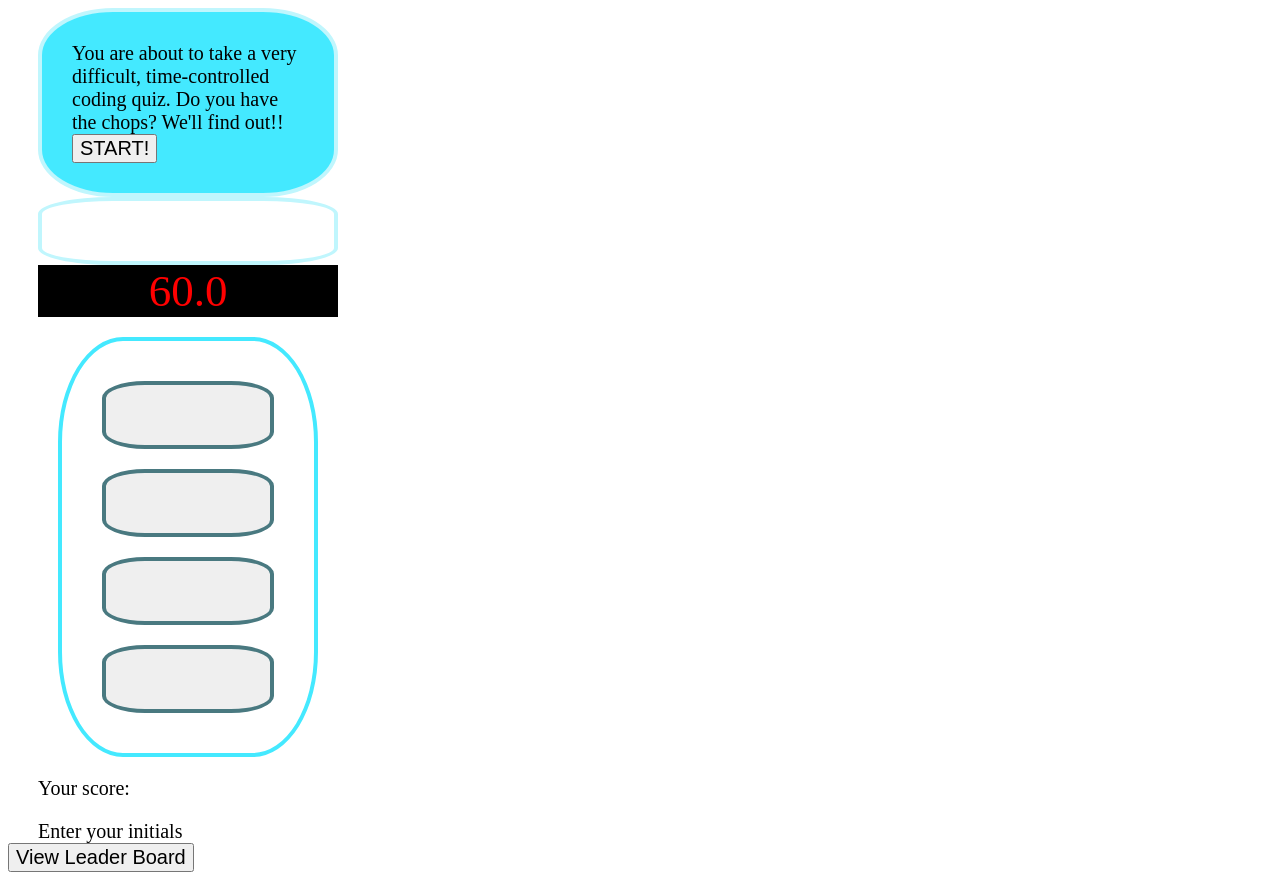
Repository: stuart-rickard/coding-quiz
Page: index.html
The author's editor kept a copy of each file at every save. The page is drawn from the files as they stood at one save, then again after the next save.
The browser window is 1280 px wide. The pictures show the whole page.

Above is the page before, as saved 2021-11-23 05:56:25.

### index.html
<!DOCTYPE html>
<html lang="en">

<head>
  <meta charset="UTF-8">
  <meta name="viewport" content="width=device-width, initial-scale=1.0">
  <meta http-equiv="X-UA-Compatible" content="ie=edge">
  <title>Coding Quiz</title>
  <link rel="stylesheet" href="./assets/css/style.css">
</head>

<body>
  <main>
    <div class="start" id="intro">
      You are about to take a very difficult, time-controlled coding quiz.  Do you have the chops?  We'll find out!!
      <button id="starter-button">START!</button>
    </div>
    <div class="div-question-answerform">
      <div class="question">

      </div>
      <div id="timer">
        60.0
      </div>
      <form class="answer-form">
        <button class="answer-button" id="#answer-a"></button>
        <button class="answer-button" id="#answer-b"></button>
        <button class="answer-button" id="#answer-c"></button>
        <button class="answer-button" id="#answer-d"></button>
      </form>
    </div>
    <div class="test-done">
      <p>Your score:</p>
    </div>
    <div class="leaderboard-list">

    </div>
    <form>
      Enter your initials
    </form>
    </main>
  <footer>
    <button class="leaderboard-button">View Leader Board</button>
  </footer>

  <script src="./assets/js/script.js"></script>
</body>


</html>

### assets/css/style.css
:root {
  --primary: #44e9ff;
  --secondary: #497980;
  --tertiary: rgb(192, 246, 253);
  --grey: #333;


  --regular-line-width: 4px;

  --border-radius-regular: 25%;
}

* {
    box-sizing: border-box;
    font-size: 20px;
  }

main {
    width: 300px;
    margin-left: 30px;
}

.start {
    background-color: var(--primary);
    border: var(--regular-line-width) solid var(--tertiary);
    border-radius: var(--border-radius-regular);
    padding: 30px;
}

.div-question-answerform {
    /* display: none; */
}

.question {
    border: var(--regular-line-width) solid var(--tertiary);
    border-radius: var(--border-radius-regular);
    padding: 30px;
}

#timer {
    background-color: black;
    font-style: "Monotron";
    font-size: 45px;
    color: red;
    text-align:center;
}

.answer-form {
    margin: 20px;
    border: var(--regular-line-width) solid var(--primary);
    border-radius: var(--border-radius-regular);
    padding: 30px;
    display: flex;
    flex-direction: column;
}

.answer-button {
    border: var(--regular-line-width) solid var(--secondary);
    border-radius: var(--border-radius-regular);
    padding: 30px;
    margin: 10px;
}

### assets/js/script.js
var startButton = document.getElementById('starter-button');
var timerDisplay = document.getElementById("timer");
//var startDiv = document.getElementsByClassName("start");
var questionDiv = document.getElementById("presented-question");
var answerForm = document.getElementById("answer-list");
const initialTime = 3.0;
var timer = initialTime;
var quizTimeIsUp = false;

// questions array; many thanks to Joanne Chun for writing most of these
var questions = [{
    question:"Can you use double quotes or single quotes to designate a string?",
    answers: ["Double quotes only", "Single quotes only", "Neither can be used", "Either can be used"],
    correctAnswer: "Either can be used",
    author: "Stuart"
},{
    question:"What do all HTML documents start with?",
    answers: ["Hypertext","html","<!DOCTYPE html","<html>"],
    correctAnswer: "<!DOCTYPE html",
    author: "Joanne"
},{
    question:"What is the process of finding errors and fixing them within a program called?",
    answers: ["Solving","Fixing","Resetting","Debugging"],
    correctAnswer: "Debugging",
    author: "Joanne"
},{
    question:"How do you see which remote links (in GitHub) have been established for your project",
    answers: ["git remote links","git remote -v","git add A-","git remote origin"],
    correctAnswer: "git remote -v",
    author: "Joanne"
},{
    question:"Why do we need an alt attribute for images in an HTML document?",
    answers: ["To identify the image","To access the image","To give context for the image"],
    correctAnswer: "To give context for the image",
    author: "Joanne"
},{
    question:"Which CSS property do you use to align the flex container's items on the main-axis?",
    answers: ["justify-content","align-content","align-text","flex-center"],
    correctAnswer: "justify-content",
    author: "Joanne"
},{
    question:"The visible part of the HTML document is between:",
    answers: ["<head> and </head>","<html> and </html>","<body> and </body>","<visible> and </visible"],
    correctAnswer: "<body> and </body>",
    author: "Joanne"
},{
    question:"Which way of adding CSS to HTML documents requires using a link?",
    answers: ["Internal","External","Reference","Inline"],
    correctAnswer: "External",
    author: "Joanne"
},{
    question:"In CSS, how do you select an element with a specific id?",
    answers: ["Write (.) followed by the id of the element","Write (.) after the id of the element","Write (#) followed by the id of the element","Write (id) followed by the id of the element"],
    correctAnswer: "Write (#) followed by the id of the element",
    author: "Joanne"
}];


/*
Variable for score
Variables for stopping different processes
*/



var timerCountdown = function(){
    //debugger;

    document.getElementById("intro").style.display = "none";
    // make class=start display: none

    // make class=div-question-answerform display: block
    // reduce timer variable by 0.1
    var decreaseTimerVariable = function() {
        timer = timer-0.1;
        if (timer <= 0) {
            quizTimeIsUp = true;
            timerDisplay.innerHTML = "out of time"; // this line doesn't work for some reason
            clearInterval(timerDecrement);
        }
        timerDisplay.innerHTML = timer.toFixed(1);
    };
    // call reduction of timer variable each one tenth of a second
    var timerDecrement = setInterval(decreaseTimerVariable,100);
};

var quizProcess = function() {
    // hide the intro
    document.getElementById("intro").style.display = "none";
    // TODO add display the question section
    //Begin clock
    timerCountdown();
    // get questions / answers

}


//Listen for start button: start upon click
// delete console.log("click worked here");
startButton.addEventListener("click", quizProcess);


/*
    begin asking questions
	Check the clock frequently and end game when it expires
		End game is just taking the ability to answer away
	Check answers
		If correct, add to score and show green
		If incorrect, reduce time left and show red
    bring up next question .5 seconds
When game ends
	Offer ability to record high score
		Store and retrieve high scores
	Offer "play again?"
*/

After the next save:
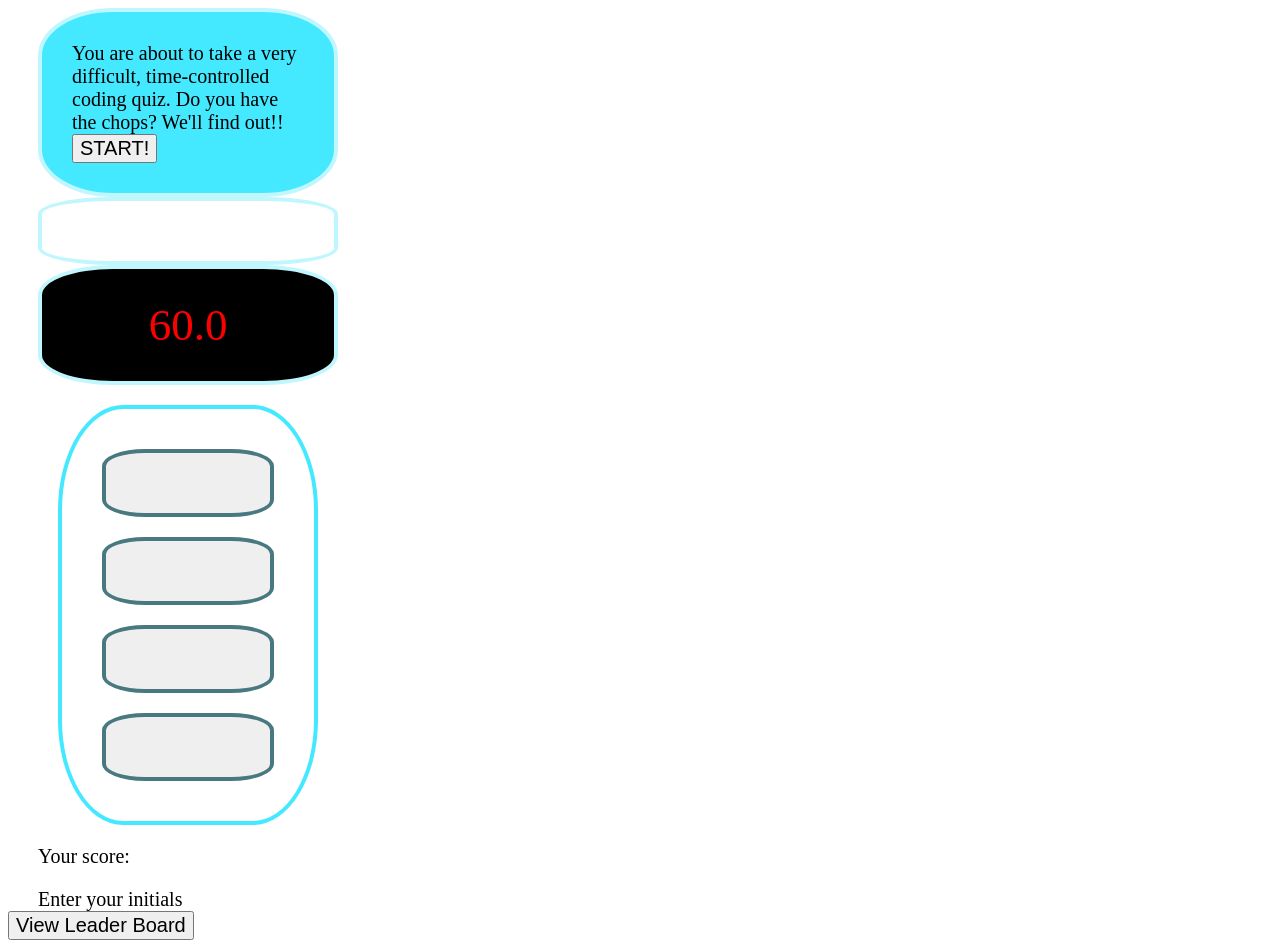
Saved 108 s later.
--- a/index.html
+++ b/index.html
@@ -16,13 +16,13 @@
       <button id="starter-button">START!</button>
     </div>
     <div class="div-question-answerform">
-      <div class="question">
+      <div class="question" id="presented-question">
 
       </div>
-      <div id="timer">
+      <div class="question" id="timer">
         60.0
       </div>
-      <form class="answer-form">
+      <form class="answer-form" id="answer-list">
         <button class="answer-button" id="#answer-a"></button>
         <button class="answer-button" id="#answer-b"></button>
         <button class="answer-button" id="#answer-c"></button>

After the save that followed:
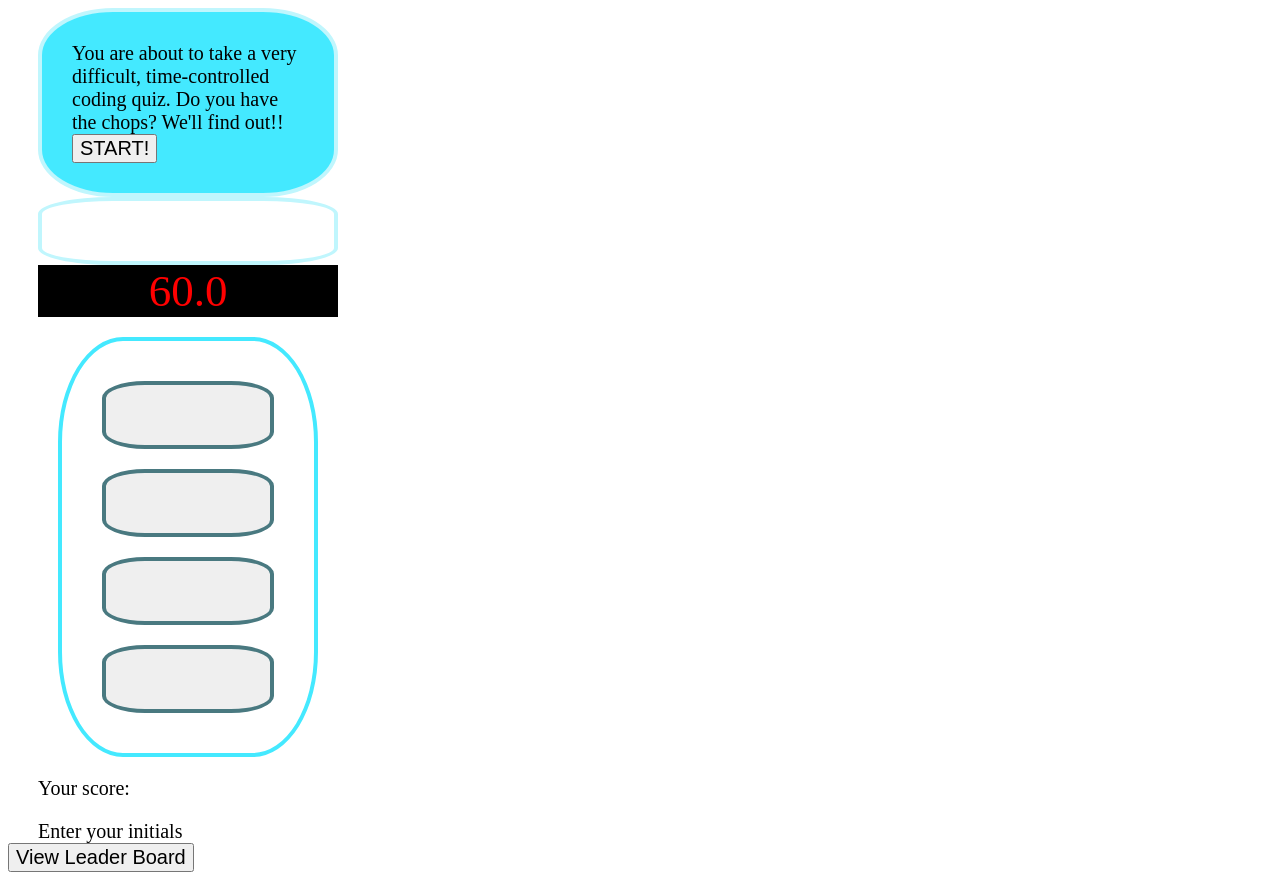
Saved 30 s later.
--- a/index.html
+++ b/index.html
@@ -19,7 +19,7 @@
       <div class="question" id="presented-question">
 
       </div>
-      <div class="question" id="timer">
+      <div id="timer">
         60.0
       </div>
       <form class="answer-form" id="answer-list">
